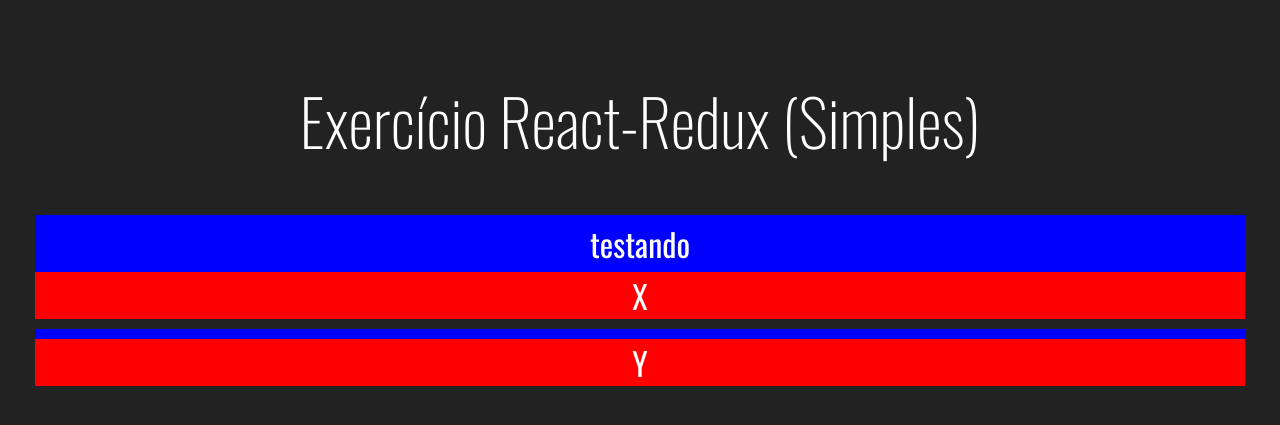
Repository: WellysonP/testando-react-redux
Page: /
These files come from the project's save history. The page is drawn as it stood at one moment and after the next save; the edit follows.
The browser window is 1280 px wide. The pictures show the whole page.
The project was rebuilt for these pictures with package versions that can differ from the ones it lists, and the page was loaded fresh each time.

Above is the page before, as saved 2023-01-12 16:36:29.

After the next save:
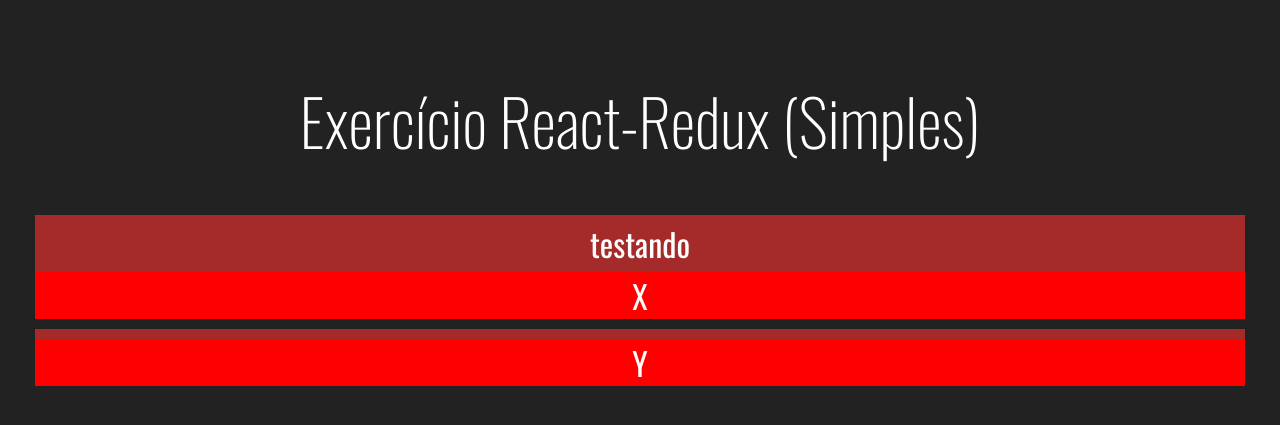
Saved 15 s later.
--- a/src/components/Card.css
+++ b/src/components/Card.css
@@ -15,5 +15,5 @@
 .Card .Header .Title{
     flex: 1;
     padding: 5px;
-    background-color: blue;
+    background-color: brown;
 }
